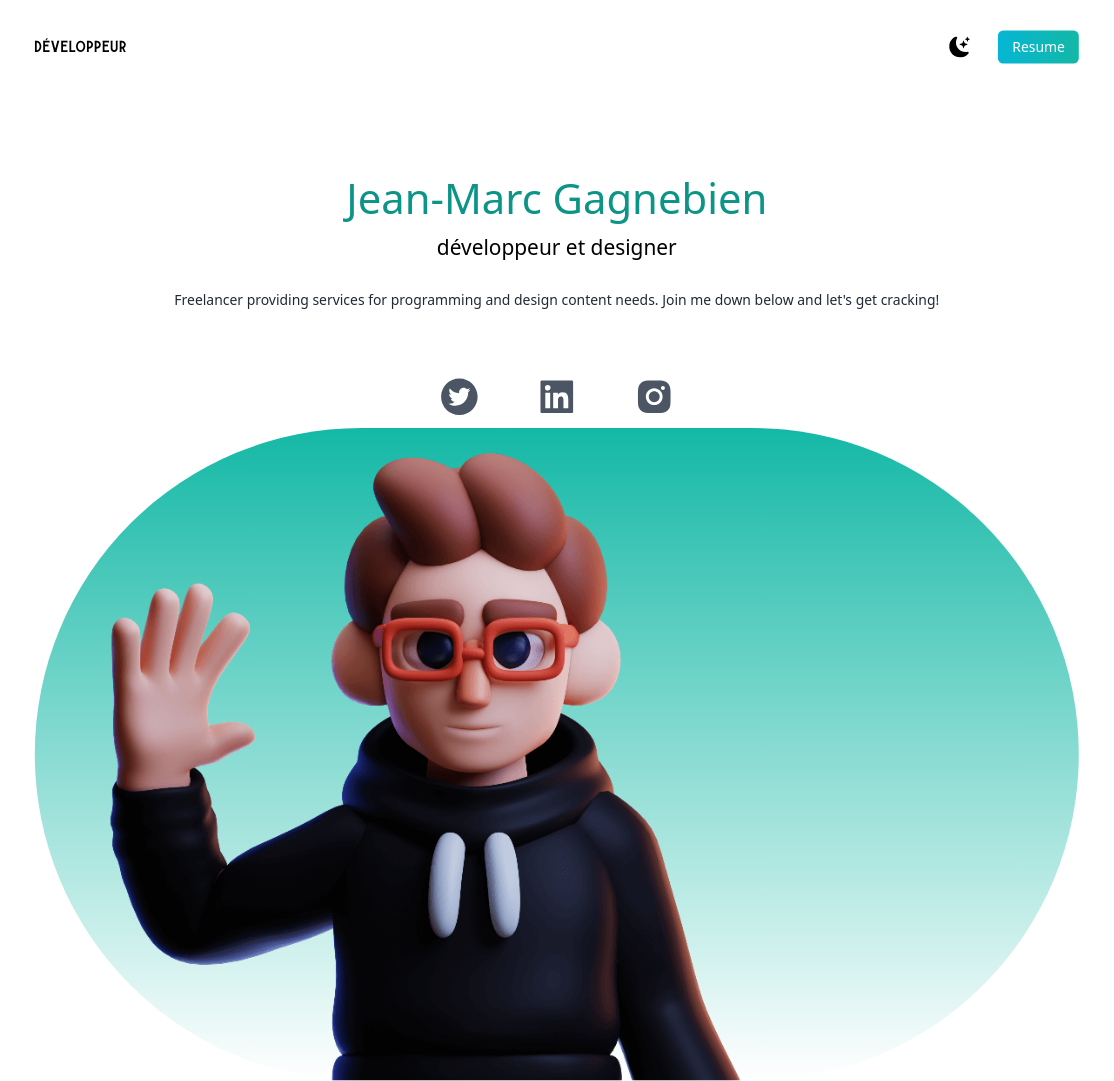
Repository: Jean-MarcG/portfoli_next
Page: /
The author's editor kept a copy of each file at every save. The page is drawn from the files as they stood at one save, then again after the next save.
The browser window is 1280 px wide. The pictures show the whole page, at 87% of full size.
The project was rebuilt for these pictures with package versions that can differ from the ones it lists, and the page was loaded fresh each time. The framework's server and built-in components were replaced by stand-ins that run in the browser. Also part of the build but not shown: next.config.js.

Above is the page before, as saved 2023-04-01 17:37:25.

After the next save:
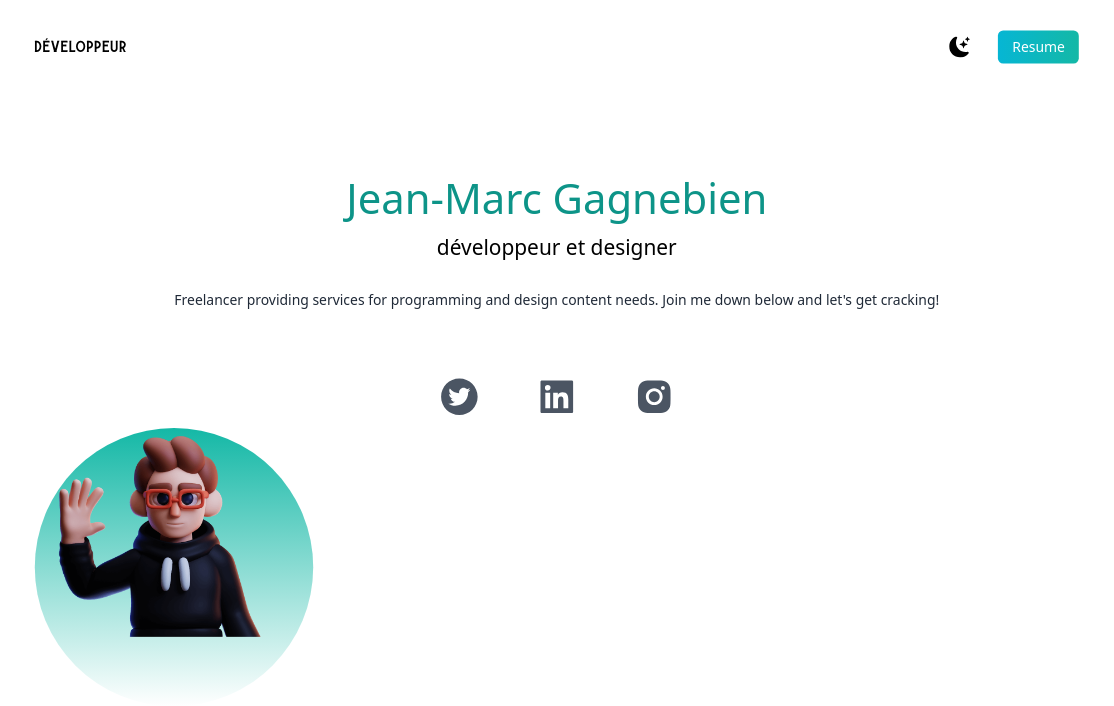
Saved 10 s later.
--- a/pages/index.js
+++ b/pages/index.js
@@ -37,7 +37,7 @@
             <AiFillInstagram />
           </div>
           <div>
-            <div className='relative bg-gradient-to-b from-teal-500 rounded-full '>
+            <div className='relative bg-gradient-to-b from-teal-500 rounded-full w-80 h-80'>
               <Image src={deved} />
             </div>
           </div>
